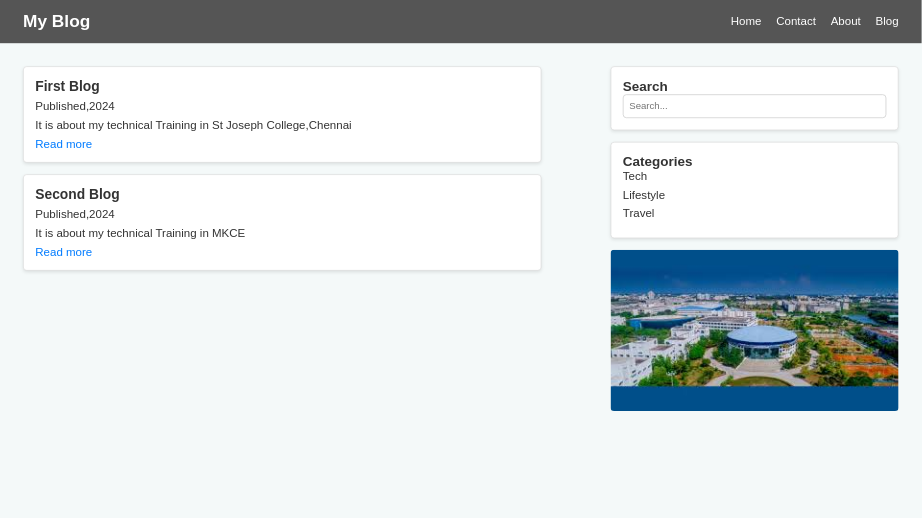
Repository: obusakthi539/Loginform
Page: Myblog.html
The author's editor kept a copy of each file at every save. The page is drawn from the files as they stood at one save, then again after the next save.
The browser window is 1280 px wide. The pictures show the whole page, at 72% of full size.

Above is the page before, as saved 2025-01-12 16:52:20.

After the next save:
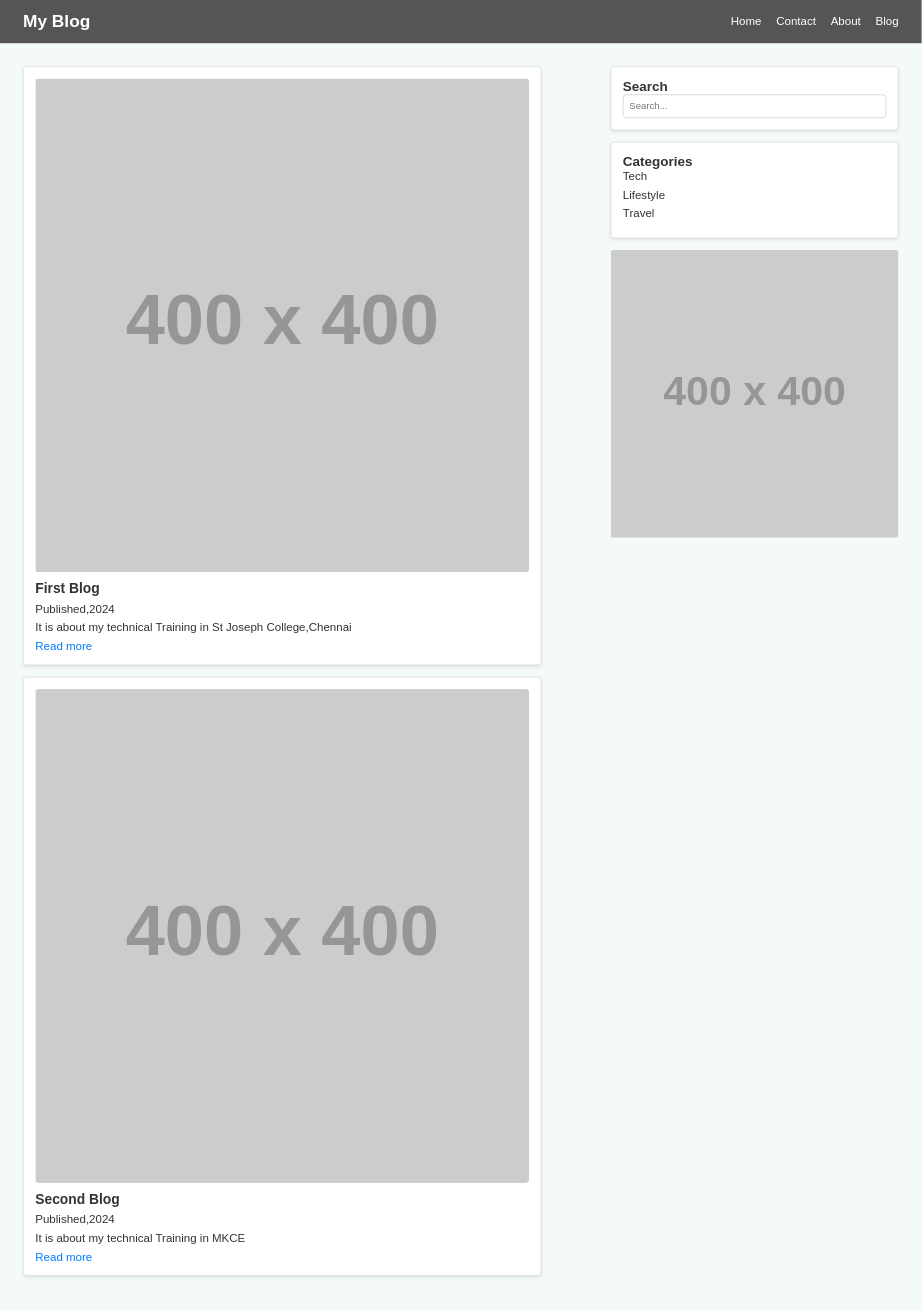
Saved 2 min 21 s later.
--- a/Myblog.html
+++ b/Myblog.html
@@ -88,6 +88,12 @@
             text-decoration: underline;
         }
 
+        .blog-image {
+            width: 100%;
+            border-radius: 5px;
+            margin-bottom: 0.5rem;
+        }
+
         .search-box, .categories {
             background-color: #fff;
             border: 1px solid #ddd;
@@ -153,6 +159,7 @@
         <!-- Left Section -->
         <div class="left-section">
             <div class="blog-card">
+                <img class="blog-image" src="https://via.placeholder.com/400" alt="First Blog Image">
                 <h2>First Blog</h2>
                 <p>Published,2024</p>
                 <p>It is about my technical Training in St Joseph College,Chennai</p>
@@ -160,6 +167,7 @@
             </div>
 
             <div class="blog-card">
+                <img class="blog-image" src="https://via.placeholder.com/400" alt="Second Blog Image">
                 <h2>Second Blog</h2>
                 <p>Published,2024</p>
                 <p>It is about my technical Training in MKCE</p>
@@ -184,7 +192,7 @@
             </div>
 
             <div class="image-section">
-                <img src="St joseph.jpg" alt="Blog Image">
+                <img src="https://via.placeholder.com/400" alt="Blog Image">
             </div>
         </div>
     </div>
